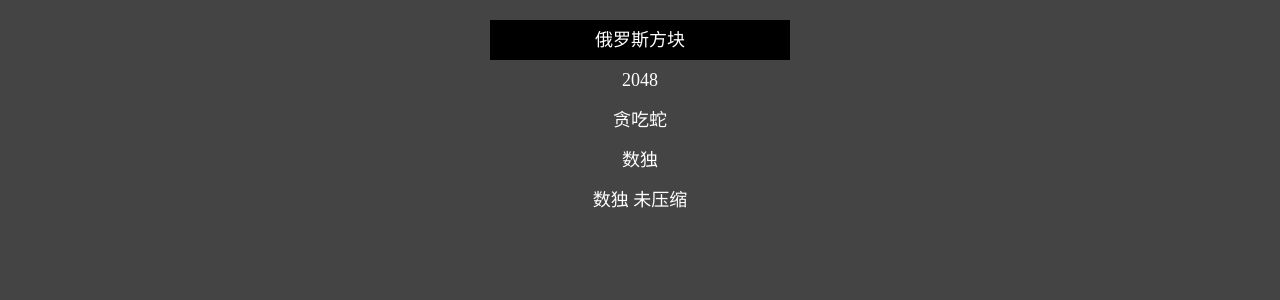
Repository: yangtengxiang/get_test
Page: game/H5/index.html
The author's editor kept a copy of each file at every save. The page is drawn from the files as they stood at one save, then again after the next save.
The browser window is 1280 px wide. The pictures show the whole page.
The pointer rests on the first visible `.link-box a`.

Above is the page before, as saved 2020-04-29 17:38:54.

After the next save:
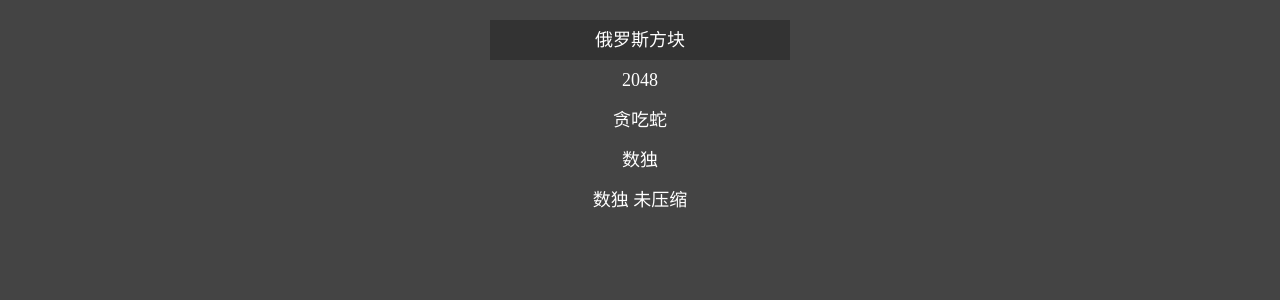
Saved 5 s later.
--- a/game/H5/index.html
+++ b/game/H5/index.html
@@ -23,7 +23,7 @@
 			text-decoration: none;
 			text-align: center;
 		}.link-box a:hover{
-			background: #000;
+			background: #333;
 		}
 	</style>
 </head>
